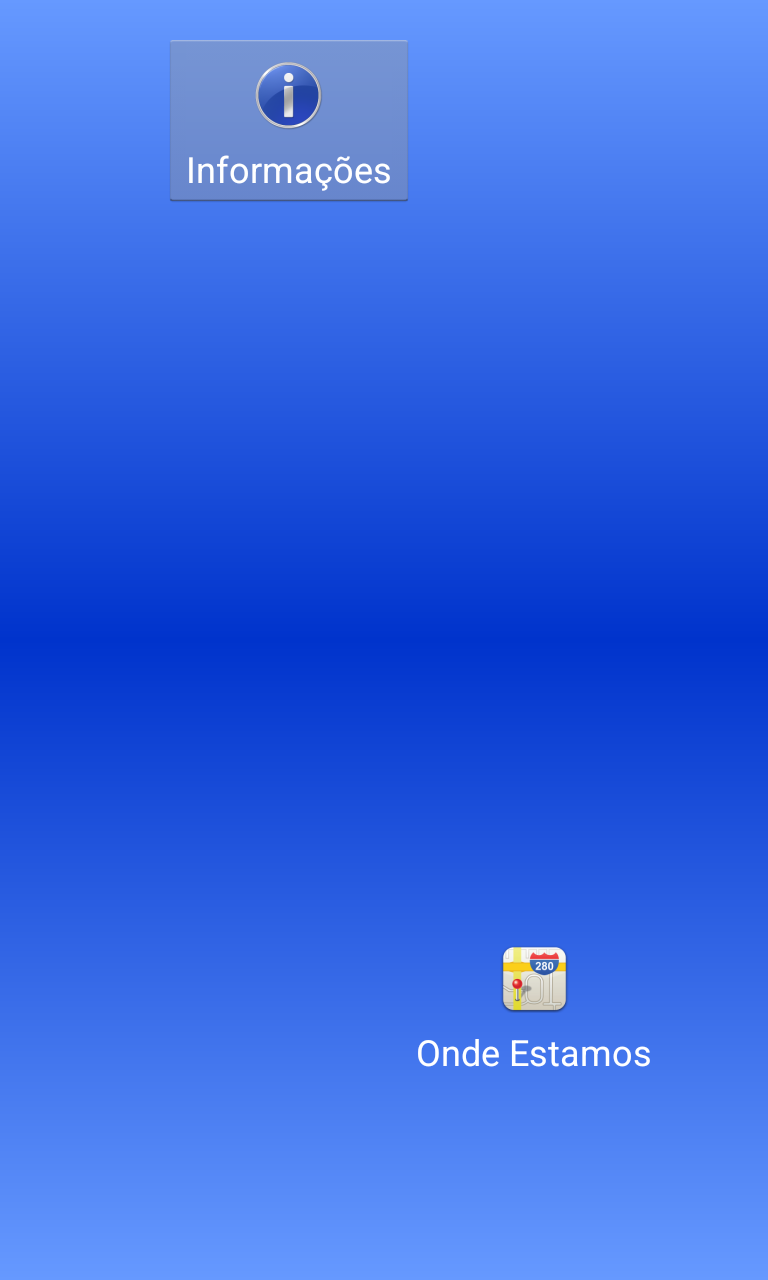
Repository: lmqs/ProjetoAndroid
Layout: TopicosProjeto/res/layout/activity_questoes.xml
These files come from the project's save history. The layout is drawn as it stood at one moment and after the next save; the edit follows.
It is drawn on a 768 x 1280 px phone screen (xhdpi) without system bars, with theme AppTheme; the app's code is not run.

Above is the layout before, as saved 2014-04-27 14:42:47.

### TopicosProjeto/res/layout/activity_questoes.xml
<RelativeLayout xmlns:android="http://schemas.android.com/apk/res/android"
    xmlns:tools="http://schemas.android.com/tools"
    android:layout_width="match_parent"
    android:layout_height="match_parent"
    android:background="@drawable/Gradiente"
    android:paddingBottom="@dimen/activity_vertical_margin"
    android:paddingLeft="@dimen/activity_horizontal_margin"
    android:paddingRight="@dimen/activity_horizontal_margin"
    android:paddingTop="@dimen/activity_vertical_margin"
    tools:context=".Questoes" >

    <Button
        android:id="@+id/button1"
        android:layout_width="wrap_content"
        android:layout_height="wrap_content"
        android:layout_alignParentBottom="true"
        android:layout_alignParentRight="true"
        android:layout_marginBottom="86dp"
        android:layout_marginRight="42dp"
        android:background="@android:color/transparent"
        android:drawableTop="@drawable/maps"
        android:text="Onde Estamos"
        android:textColor="#ffffff" />

    <Button
        android:id="@+id/button2"
        android:layout_width="wrap_content"
        android:layout_height="wrap_content"
        android:layout_above="@+id/imageButton1"
        android:layout_marginBottom="56dp"
        android:layout_toLeftOf="@+id/button1"
        android:drawableTop="@drawable/info"
        android:text="Informações"
        android:textColor="#ffffff" />

</RelativeLayout>

### TopicosProjeto/res/drawable-hdpi/Gradiente.xml
<shape xmlns:android="http://schemas.android.com/apk/res/android" >

    <gradient
        android:angle="270"
        android:centerColor="#0033CC"
        android:endColor="#6699FF"
        android:startColor="#6699FF" />

</shape>

Loaded but not shown: TopicosProjeto/res/values/styles.xml (common file); TopicosProjeto/res/values-v11/styles.xml (common file); TopicosProjeto/res/values-v14/styles.xml (common file); TopicosProjeto/res/values/dimens.xml (common file)

After the next save:
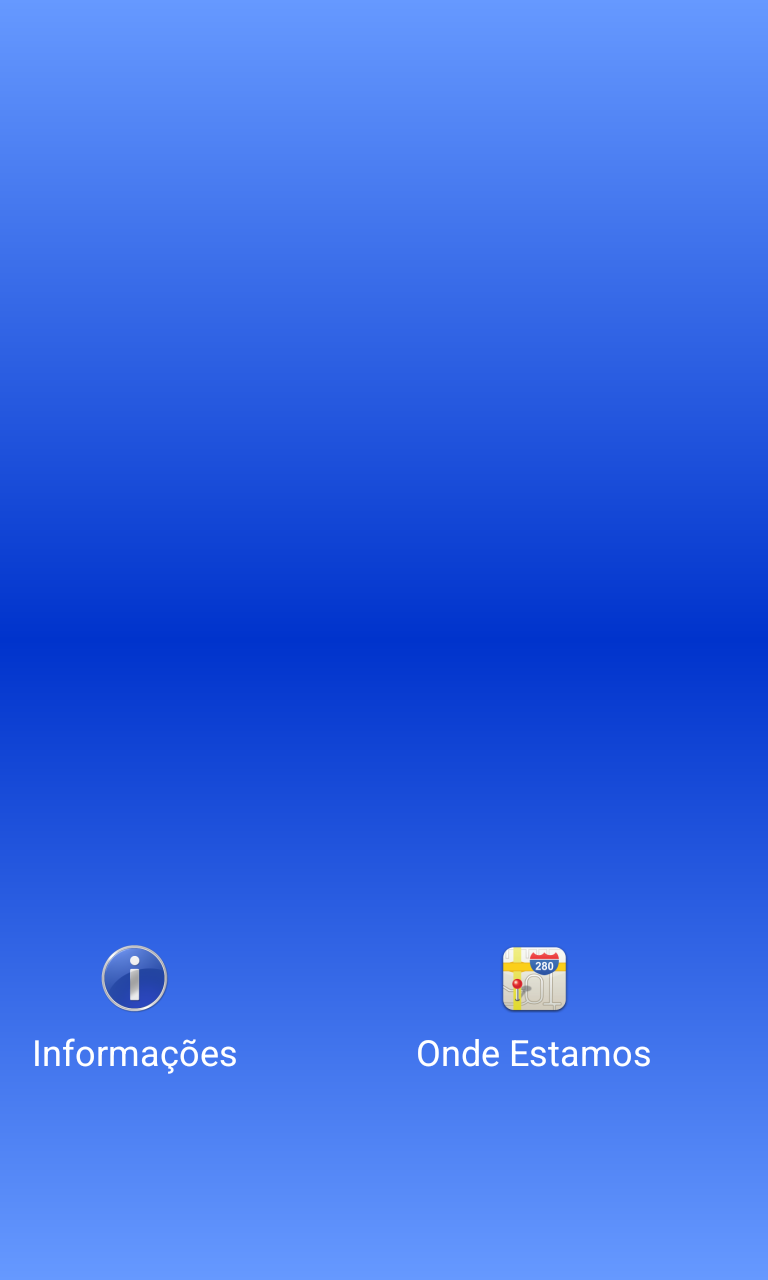
Saved 17 s later.
--- a/TopicosProjeto/res/layout/activity_questoes.xml
+++ b/TopicosProjeto/res/layout/activity_questoes.xml
@@ -26,9 +26,9 @@
         android:id="@+id/button2"
         android:layout_width="wrap_content"
         android:layout_height="wrap_content"
-        android:layout_above="@+id/imageButton1"
-        android:layout_marginBottom="56dp"
-        android:layout_toLeftOf="@+id/button1"
+        android:layout_alignParentLeft="true"
+        android:layout_alignTop="@+id/button1"
+        android:background="@android:color/transparent"
         android:drawableTop="@drawable/info"
         android:text="Informações"
         android:textColor="#ffffff" />
